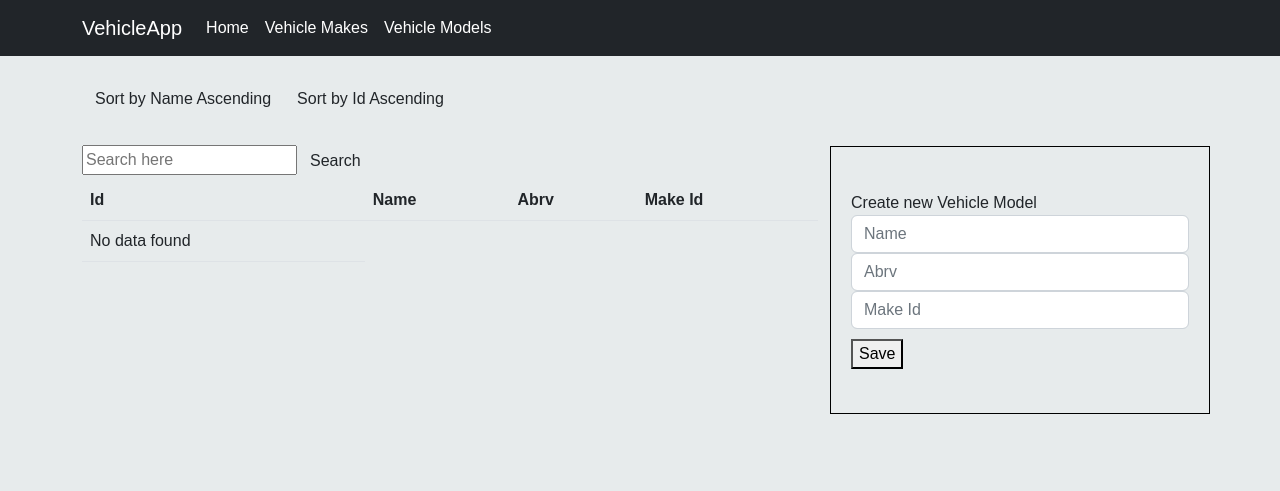
Repository: magdalenarajic/VehicleFrontend
Page: /Models
An editor plug-in stored every save of this project. The page is shown before and after a run of saves, followed by the edit.
The browser window is 1280 px wide. The pictures show the whole page.
The page's requests for data from a server got no answer. The project was rebuilt for these pictures with package versions that can differ from the ones it lists, and the page was loaded fresh each time. No one was signed in, and anything a server would have sent is missing. Also part of the build but not shown: src/components/Home.js, src/services/makeService.js, src/stores/makeStore.js, src/components/VehicleMake.js.

Above is the page before, as saved 2023-03-11 11:15:33.

After the next 2 saves:
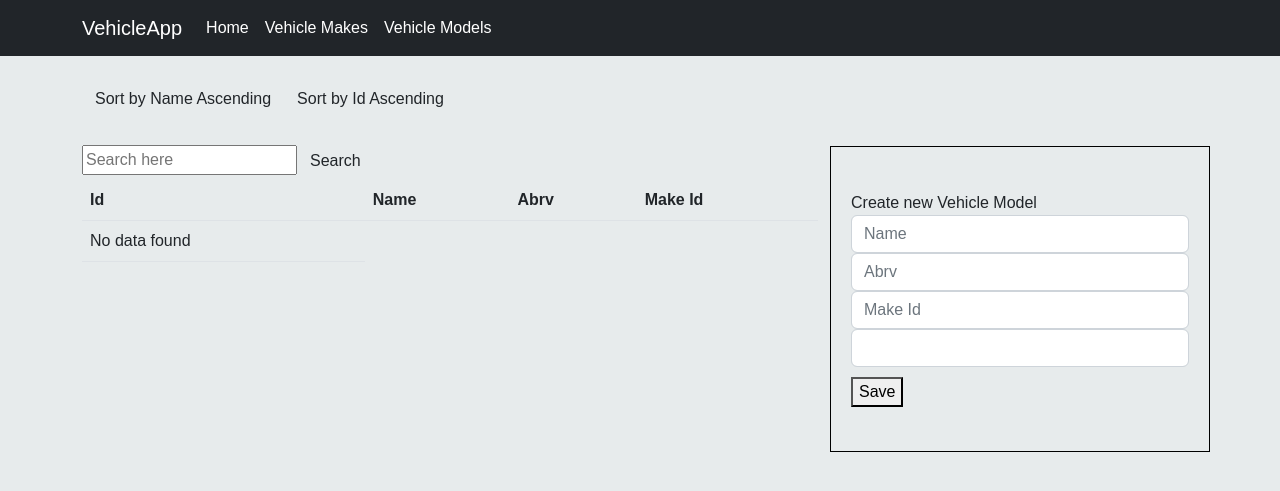
The 2 saves are shown as one change because 1 did not build or start.
The last was saved 89 min 25 s later.
--- a/src/components/VehicleModel.js
+++ b/src/components/VehicleModel.js
@@ -198,6 +198,9 @@ const ModelList = () => {
                   value={makeId}
                   onChange={(e) => setMakeId(e.target.value)}
                 ></input>
+                <input type={"text"} className="form-control">
+
+                </input>
                 <Col>
                   <button
                     className="create-button"
